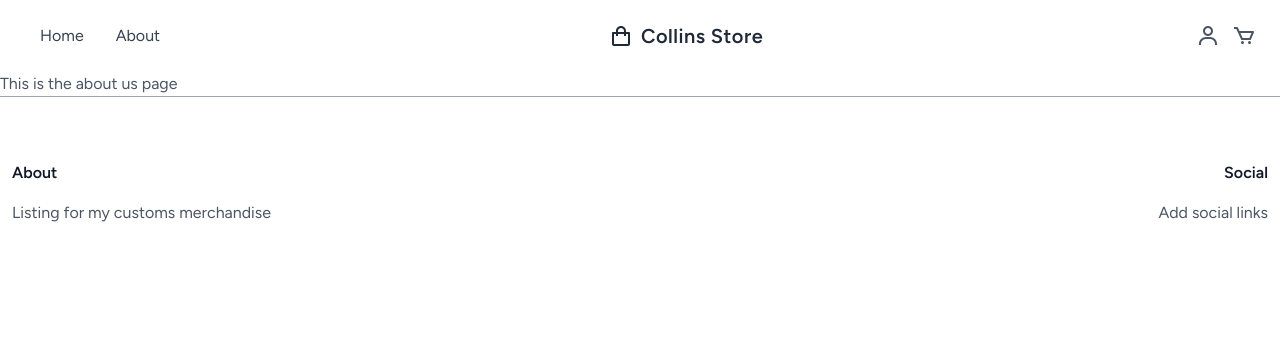
Repository: Collins145/e-commerce-website
Page: http://localhost/about
The author's editor kept a copy of each file at every save. The page is drawn from the files as they stood at one save, then again after the next save.
The browser window is 1280 px wide. The pictures show the whole page.
The page is served by the project's Laravel application, run on PHP 8.4 with Laravel 10. Other server files are loaded and not shown. Style sheets and scripts are compiled from the project's sources, by tool versions that may differ from the author's.

Above is the page before, as saved 2023-06-17 13:51:41.

### routes/web.php
<?php

use App\Http\Controllers\ProfileController;
use Illuminate\Support\Facades\Route;
use App\Http\Controllers\SiteController;

/*
|--------------------------------------------------------------------------
| Web Routes
|--------------------------------------------------------------------------
|
| Here is where you can register web routes for your application. These
| routes are loaded by the RouteServiceProvider and all of them will
| be assigned to the "web" middleware group. Make something great!
|
*/

Route::get('/', [SiteController::class, 'index'])->name('home');
Route::get('about', [SiteController::class, 'about'])->name('about');
Route::get('footer', [SiteController::class, 'footer'])->name('footer');

Route::get('/dashboard', function () {
    return view('dashboard');
})->middleware(['auth', 'verified'])->name('dashboard');

Route::middleware('auth')->group(function () {
    Route::get('/profile', [ProfileController::class, 'edit'])->name('profile.edit');
    Route::patch('/profile', [ProfileController::class, 'update'])->name('profile.update');
    Route::delete('/profile', [ProfileController::class, 'destroy'])->name('profile.destroy');
});

require __DIR__.'/auth.php';

### app/Http/Controllers/SiteController.php
<?php

namespace App\Http\Controllers;

use Illuminate\Http\Request;

class SiteController extends Controller
{
    public function index() {
        return view('site.home');
    }

    public function about() {
        return view('site.about');
    }
    public function footer() {
        return view('site.footer');
    }
}

### resources/views/site/about.blade.php
@extends('layouts.site')
@section('content')
This is the about us page
@endsection

### resources/views/layouts/site.blade.php
<!DOCTYPE html>
<html lang="{{ str_replace('_', '-', app()->getLocale()) }}">
    <head>
        <meta charset="utf-8">
        <meta name="viewport" content="width=device-width, initial-scale=1">
        <meta name="csrf-token" content="{{ csrf_token() }}">

        <title>{{ config('app.name', 'Laravel') }}</title>

        <!-- Fonts -->
        <link rel="preconnect" href="https://fonts.bunny.net">
        <link href="https://fonts.bunny.net/css?family=figtree:400,500,600&display=swap" rel="stylesheet" />

        <!-- Scripts -->
        @vite(['resources/css/app.css', 'resources/js/app.js'])
    </head>
    <body class="bg-white text-gray-600 font-sans leading-normal text-base tracking-normal">
        <x-site.header/>
        @yield('content')
        <x-site.footer/>
    </body>
</html>

### resources/views/components/site/header.blade.php
    <nav id="header" class="w-full z-30 top-0 py-1">
        <div class="w-full container mx-auto flex flex-wrap items-center justify-between mt-0 px-6 py-3">

            <label for="menu-toggle" class="cursor-pointer md:hidden block">
                <svg class="fill-current text-gray-900" xmlns="http://www.w3.org/2000/svg" width="20" height="20" viewBox="0 0 20 20">
                    <title>menu</title>
                    <path d="M0 3h20v2H0V3zm0 6h20v2H0V9zm0 6h20v2H0v-2z"></path>
                </svg>
            </label>
            <input class="hidden" type="checkbox" id="menu-toggle" />

            <div class="hidden md:flex md:items-center md:w-auto w-full order-3 md:order-1" id="menu">
                <nav>
                    <ul class="md:flex items-center justify-between text-base text-gray-700 pt-4 md:pt-0">
                        <li><a class="inline-block no-underline hover:text-black hover:underline py-2 px-4" href="{{route('home')}}">Home</a></li>
                        <li><a class="inline-block no-underline hover:text-black hover:underline py-2 px-4" href="{{route('about')}}">About</a></li>
                    </ul>
                </nav>
            </div>

            <div class="order-1 md:order-2">
                <a class="flex items-center tracking-wide no-underline hover:no-underline font-bold text-gray-800 text-xl " href="{{route('home')}}">
                    <svg class="fill-current text-gray-800 mr-2" xmlns="http://www.w3.org/2000/svg" width="24" height="24" viewBox="0 0 24 24">
                        <path d="M5,22h14c1.103,0,2-0.897,2-2V9c0-0.553-0.447-1-1-1h-3V7c0-2.757-2.243-5-5-5S7,4.243,7,7v1H4C3.447,8,3,8.447,3,9v11 C3,21.103,3.897,22,5,22z M9,7c0-1.654,1.346-3,3-3s3,1.346,3,3v1H9V7z M5,10h2v2h2v-2h6v2h2v-2h2l0.002,10H5V10z" />
                    </svg>
                    Collins Store
                </a>
            </div>

            <div class="order-2 md:order-3 flex items-center" id="nav-content">

                <a class="inline-block no-underline hover:text-black" href="#">
                    <svg class="fill-current hover:text-black" xmlns="http://www.w3.org/2000/svg" width="24" height="24" viewBox="0 0 24 24">
                        <circle fill="none" cx="12" cy="7" r="3" />
                        <path d="M12 2C9.243 2 7 4.243 7 7s2.243 5 5 5 5-2.243 5-5S14.757 2 12 2zM12 10c-1.654 0-3-1.346-3-3s1.346-3 3-3 3 1.346 3 3S13.654 10 12 10zM21 21v-1c0-3.859-3.141-7-7-7h-4c-3.86 0-7 3.141-7 7v1h2v-1c0-2.757 2.243-5 5-5h4c2.757 0 5 2.243 5 5v1H21z" />
                    </svg>
                </a>

                <a class="pl-3 inline-block no-underline hover:text-black" href="#">
                    <svg class="fill-current hover:text-black" xmlns="http://www.w3.org/2000/svg" width="24" height="24" viewBox="0 0 24 24">
                        <path d="M21,7H7.462L5.91,3.586C5.748,3.229,5.392,3,5,3H2v2h2.356L9.09,15.414C9.252,15.771,9.608,16,10,16h8 c0.4,0,0.762-0.238,0.919-0.606l3-7c0.133-0.309,0.101-0.663-0.084-0.944C21.649,7.169,21.336,7,21,7z M17.341,14h-6.697L8.371,9 h11.112L17.341,14z" />
                        <circle cx="10.5" cy="18.5" r="1.5" />
                        <circle cx="17.5" cy="18.5" r="1.5" />
                    </svg>
                </a>

            </div>
        </div>
    </nav>

### resources/views/components/site/footer.blade.php
    <footer class="container mx-auto bg-white py-8 border-t border-gray-400">
        <div class="container flex px-3 py-8 ">
            <div class="w-full mx-auto flex flex-wrap">
                <div class="flex w-full lg:w-1/2 ">
                    <div class="px-3 md:px-0">
                        <h3 class="font-bold text-gray-900">About</h3>
                        <p class="py-4">
                            Listing for my customs merchandise
                        </p>
                    </div>
                </div>
                <div class="flex w-full lg:w-1/2 lg:justify-end lg:text-right">
                    <div class="px-3 md:px-0">
                        <h3 class="font-bold text-gray-900">Social</h3>
                        <ul class="list-reset items-center pt-3">
                            <li>
                                <a class="inline-block no-underline hover:text-black hover:underline py-1" href="#">Add social links</a>
                            </li>
                        </ul>
                    </div>
                </div>
            </div>
        </div>
    </footer>

Loaded but not shown: routes/auth.php (common file); app/Http/Controllers/Auth/EmailVerificationPromptController.php (common file); app/Http/Controllers/Controller.php (common file); app/Http/Controllers/Auth/VerifyEmailController.php (common file); resources/css/app.css (common file); tailwind.config.js (common file); resources/js/app.js (common file); resources/js/bootstrap.js (common file)

After the next save:
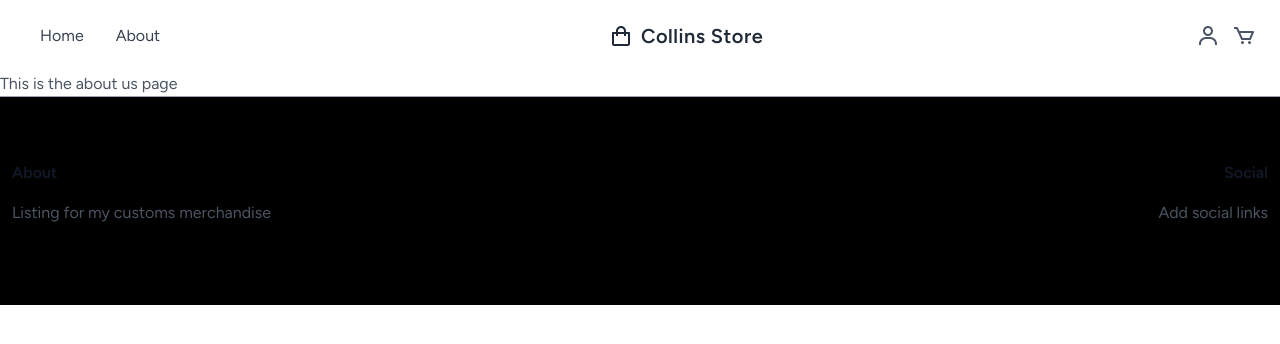
Saved 5 min 29 s later.
--- a/resources/views/components/site/footer.blade.php
+++ b/resources/views/components/site/footer.blade.php
@@ -1,4 +1,4 @@
-    <footer class="container mx-auto bg-white py-8 border-t border-gray-400">
+    <footer class="container mx-auto bg-black py-8 border-t border-gray-400">
         <div class="container flex px-3 py-8 ">
             <div class="w-full mx-auto flex flex-wrap">
                 <div class="flex w-full lg:w-1/2 ">
